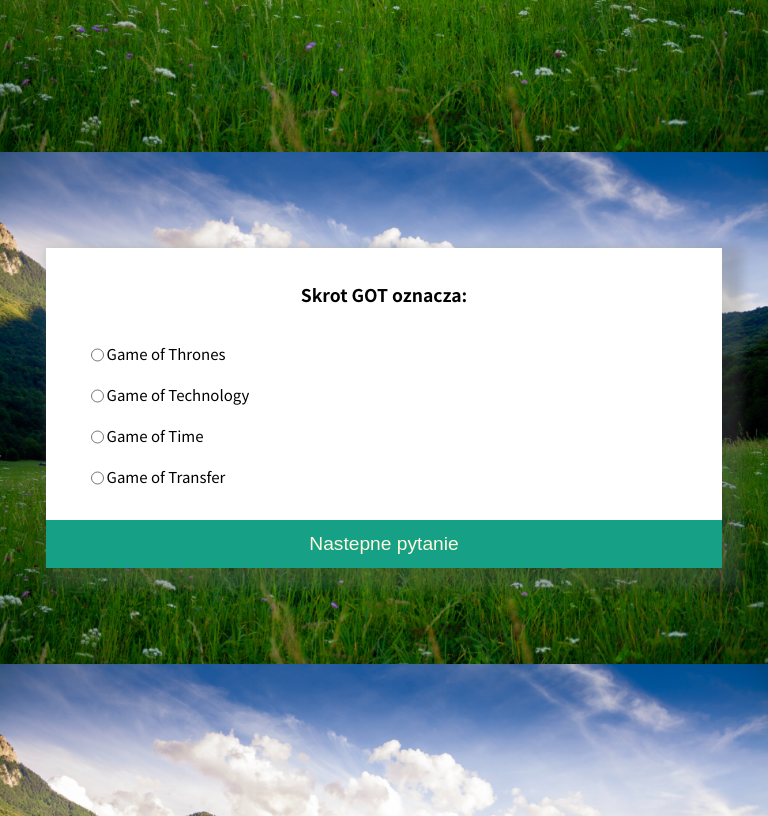
Repository: SebastianArmata22/Quiz
Page: index.html
The author's editor kept a copy of each file at every save. The page is drawn from the files as they stood at one save, then again after the next save.
The browser window is 768 px wide. The pictures show the whole page.

Above is the page before, as saved 2020-11-12 20:44:41.

### index.html
<!DOCTYPE html>
<html>
    <head>
        <meta charset="utf-8">
        <meta http-equiv="X-UA-Compatible" content="IE=edge">
        <title>Quiz</title>
        <meta name="description" content="">
        <meta name="viewport" content="width=device-width, initial-scale=1">
        <link rel="stylesheet" href="style.css">
    </head>
    <body>
        <div class="quiz-container">
            <h3 id='question'>
                Pytanie
            </h3>
            <form>
            <ul>
                <li class="answer">
                    <input type="radio" name="answ" value="a">
                    <label id="a">ODP</label>
                </li>
                <li class="answer">
                    <input type="radio" name="answ" value="b">
                    <label id="b">ODP</label>
                </li>
                <li class="answer">
                    <input type="radio" name="answ" value="c">
                    <label id="c">ODP</label>
                </li>
                <li class="answer">
                    <input type="radio" name="answ" value="d">
                    <label id="d">ODP</label>
                </li>

            </ul>
        </form>
            <button id="next" onclick="next()">Nastepne pytanie</button>
        </div>
        <script src="script.js" async defer></script>
    </body>
</html>

### style.css

 @import url('https://fonts.googleapis.com/css2?family=Noto+Sans+JP:wght@100&display=swap');
   body{
    display: flex;
    background-color: white;
    justify-content: center;
    align-items: center;
    min-height: 100vh;
    background-image: url('./photos/photo2.jpg');
    background-position: center;
    background-size: 100% 100%;
    font-family: 'Noto Sans JP', sans-serif;
    font-size: 15px;
}

.quiz-container{
    width: 40%;
    margin: auto;
    background-color: white;;
    min-height: 20rem;
    position: relative;
    box-shadow: 10px 10px 10px 10px rgba(100, 100, 100, 0.3);
}

h3{
    padding: 1rem;
    text-align: center;
}

ul li{
    list-style: none;
    margin: 20px 0;
}

button{
    width: 100%;
    position: absolute;
    bottom: 0em;
    height: 3rem;
    font-size: 1.2rem;
    background-color: #16a085;
    color: cornsilk;
    border-style: none;
}

button:hover{
    background-color:  #1abc9c;
}
@media only screen and (max-width:900px) {
    .quiz-container{
        width: 90%;
    }
    .quiz-container ul li{
        display: flex;
        flex-wrap: wrap;
    }
    body{
        background-size: 100% auto;
    }
}

### script.js
const questionsBase=[
    {
        qusestion: "Skrot GOT oznacza:",
        a: "Game of Thrones",
        b: "Game of Technology",
        c: "Game of Time",
        d: "Game of Transfer",
        correct: "a"
    },
    {
        qusestion: "W role Denerys Targeryan wcielila sie:",
        a: "Margot Robbie",
        b: "Sophie Turner",
        c: "Emilia Clarke",
        d: "Lena Headey",
        correct: "c"
    },
    {
        qusestion: "W role Denerys Targeryan wcielila sie:",
        a: "Margot Robbie",
        b: "Sophie Turner",
        c: "Emilia Clarke",
        d: "Lena Headey",
        correct: "a"
    }
];

const qusestion= document.getElementById('question');
const answearA= document.getElementById('a');
const answearB= document.getElementById('b');
const answearC= document.getElementById('c');
const answearD= document.getElementById('d');
let counter=0;
let current;
let score=0;
const sizeBase=questionsBase.length;

function getQuiz(){
    current = questionsBase[counter];
    qusestion.innerHTML=current.qusestion;
    answearA.innerHTML=current.a;
    answearB.innerHTML=current.b;
    answearC.innerHTML=current.c;
    answearD.innerHTML=current.d;

}
getQuiz();

function next(){
    if(questionsBase.length!=counter+1)
    {
        const elements= document.getElementsByName('answ');
        for(i=0;i<elements.length;i++){
            if(elements[i].checked){
                if(elements[i].value==current.correct){
                    score++;
                }
            }
        }
        counter++;
        getQuiz();
    }
    else{
        alert("Uzyskałeś "+score+"/"+questionsBase.length+" punktów");
    }

}

After the next save:
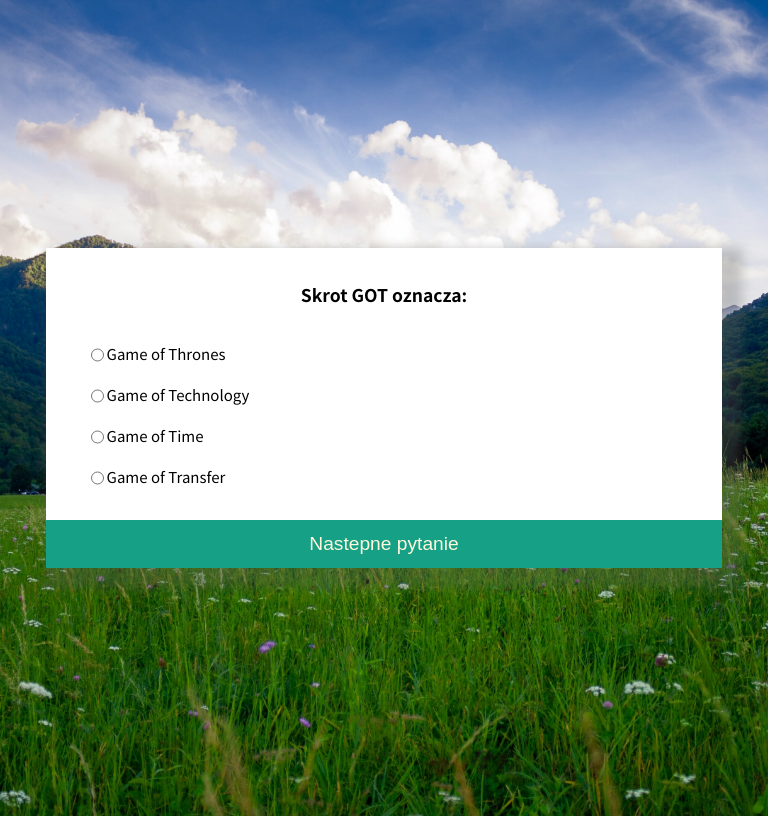
Saved 23 s later.
--- a/style.css
+++ b/style.css
@@ -55,6 +55,6 @@
         flex-wrap: wrap;
     }
     body{
-        background-size: 100% auto;
+        background-size: auto  100%;
     }
 }
